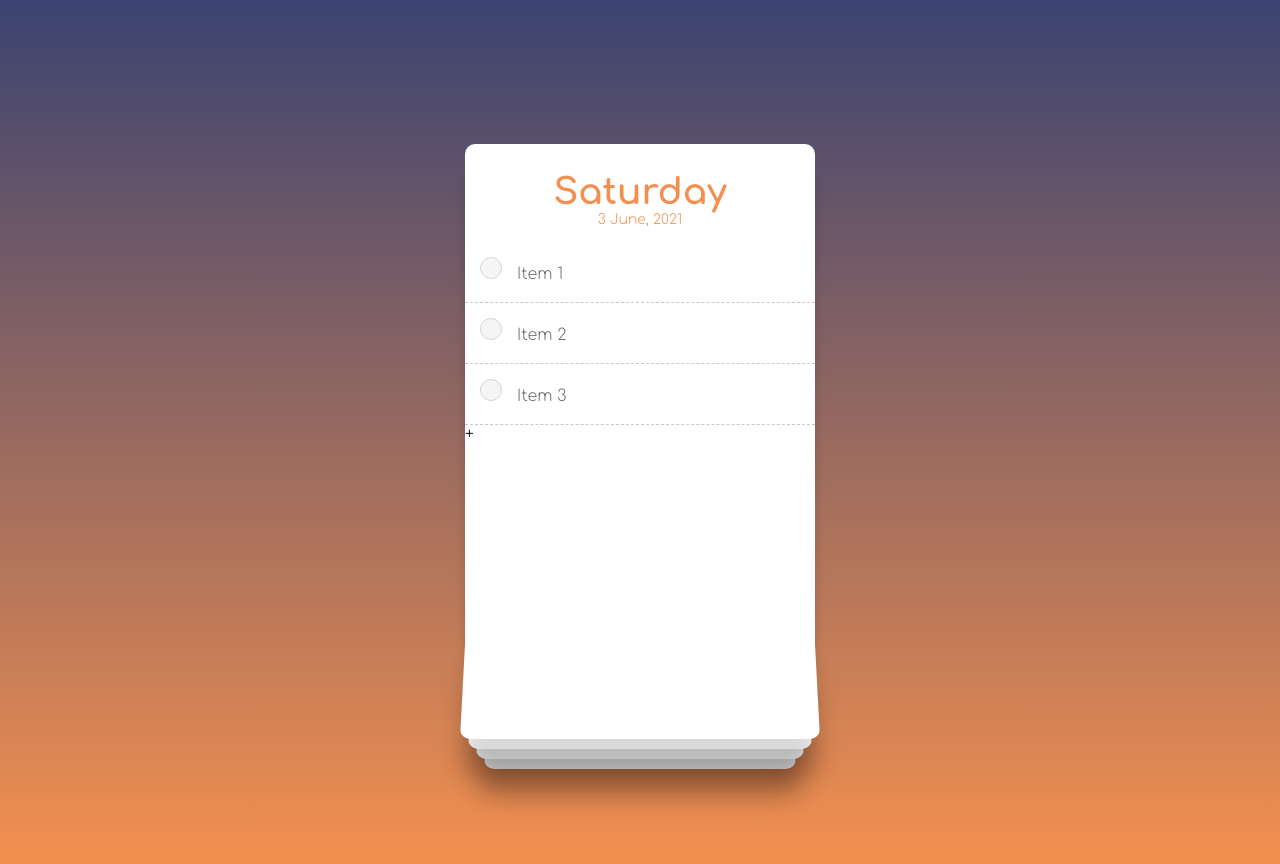
Repository: Colo-Codes/mini-projects
Page: todo-app/index.html
The author's editor kept a copy of each file at every save. The page is drawn from the files as they stood at one save, then again after the next save.
The browser window is 1280 px wide. The pictures show the whole page.

Above is the page before, as saved 2021-07-04 12:12:49.

### todo-app/index.html
<!DOCTYPE html>
<html lang="en">
    <head>
        <meta charset="UTF-8" />
        <meta http-equiv="X-UA-Compatible" content="IE=edge" />
        <meta name="viewport" content="width=device-width, initial-scale=1.0" />
        <link rel="stylesheet" href="./css/index.css" />
        <title>Mini-Project - ToDo app</title>
    </head>
    <body>
        <div class="changing-background">
            <main class="todo">
                <section id="todo--header">
                    <header>Saturday</header>
                    <p>3 June, 2021</p>
                </section>
                <section id="todo--tasks-list">
                    <ul>
                        <li class="todo--tasks-list--item">
                            <span
                                class="todo--tasks-list--item--checkbox"
                            ></span
                            >Item 1
                        </li>
                        <li class="todo--tasks-list--item">
                            <span
                                class="todo--tasks-list--item--checkbox"
                            ></span
                            >Item 2
                        </li>
                        <li class="todo--tasks-list--item">
                            <span
                                class="todo--tasks-list--item--checkbox"
                            ></span
                            >Item 3
                        </li>
                    </ul>
                </section>
                <section id="todo--footer">
                    <p>+</p>
                </section>
            </main>
            <div id="sheet-1-3d"></div>
            <div id="sheet-2-3d"></div>
            <div id="sheet-3-3d"></div>
            <div id="sheet-4-3d"></div>
        </div>
    </body>
</html>

### todo-app/css/index.css
@import url('https://fonts.googleapis.com/css2?family=Comfortaa:wght@300;700&display=swap');

/* SECTION Initial reset */

html {
    box-sizing: border-box;
    font-size: 16px;
}

*,
*:before,
*:after {
    box-sizing: inherit;
    margin: 0;
    padding: 0;
    /*outline: 1px dashed blue; /* Debugging purposes */
}

/* SECTION Background */

body {
    font-family: 'Comfortaa', cursive;
    background: #f3904f; /* fallback for old browsers */
    background: -webkit-linear-gradient(
        to bottom,
        #3b4371,
        #f3904f
    ); /* Chrome 10-25, Safari 5.1-6 */
    background: linear-gradient(
        to bottom,
        #3b4371,
        #f3904f
    ); /* W3C, IE 10+/ Edge, Firefox 16+, Chrome 26+, Opera 12+, Safari 7+ */
    background-repeat: no-repeat;
    background-size: cover;
    height: 100vh;
}

/* SECTION ToDo container */

.todo {
    margin: auto;
    margin-top: 20vh;
    width: 350px;
    height: 500px;
    background-color: white;
    border-radius: 10px 10px 0 0;
    box-shadow: 0px 30px 12px rgba(0, 0, 0, 0.15);
}

/* ToDo shapes and shadows */

div [id^='sheet-'] {
    margin: auto;
    border-radius: 0 0 10px 10px;
    -webkit-filter: drop-shadow(0px 30px 12px rgba(0, 0, 0, 0.15));
    filter: drop-shadow(0px 30px 12px rgba(0, 0, 0, 0.15));
    -ms-filter: "progid:DXImageTransform.Microsoft.Dropshadow(OffX=0, OffY=30, Color='#444')";
    filter: "progid:DXImageTransform.Microsoft.Dropshadow(OffX=0, OffY=30, Color='#444')";
    /* trapezoidal shape */
    border-bottom: 95px solid white;
    border-left: 5px solid transparent;
    border-right: 5px solid transparent;
}
#sheet-1-3d {
    width: 360px;
    height: 95px;
    margin: auto;
    border-radius: 0 0 10px 10px;
    position: relative;
    z-index: 1;
}
#sheet-2-3d {
    width: 344px;
    height: 95px;
    margin: auto;
    margin-top: -85px;
    border-radius: 0 0 10px 10px;
    position: relative;
    z-index: -1;
}
#sheet-3-3d {
    width: 328px;
    height: 95px;
    margin: auto;
    margin-top: -85px;
    border-radius: 0 0 10px 10px;
    position: relative;
    z-index: -2;
}
#sheet-4-3d {
    width: 312px;
    height: 95px;
    margin: auto;
    margin-top: -85px;
    border-radius: 0 0 10px 10px;
    position: relative;
    z-index: -3;
}

/* SECTION ToDo header */

#todo--header header {
    padding-top: 1.75rem;
    font-size: 2.25rem;
    font-weight: 700;
    text-align: center;
    color: #f3904f;
}

#todo--header p {
    font-size: 0.875rem;
    text-align: center;
    color: #f3904f;
}

/* SECTION ToDo list of tasks */

#todo--tasks-list {
    margin-top: 1.875rem;
}

.todo--tasks-list--item {
    font-size: 1rem;
    color: #6d6d6d;
    height: 46px;
    border-bottom: 1px dashed #c9c9c9;
    margin: auto 0;
    list-style: none;
    margin-top: 15px;
}

.todo--tasks-list--item--checkbox {
    display: inline-block;
    width: 22px;
    height: 22px;
    background-color: #f5f5f5;
    border: 1px solid #d5d5d5;
    border-radius: 50%;
    margin: auto 15px auto 15px;
}

After the next save:
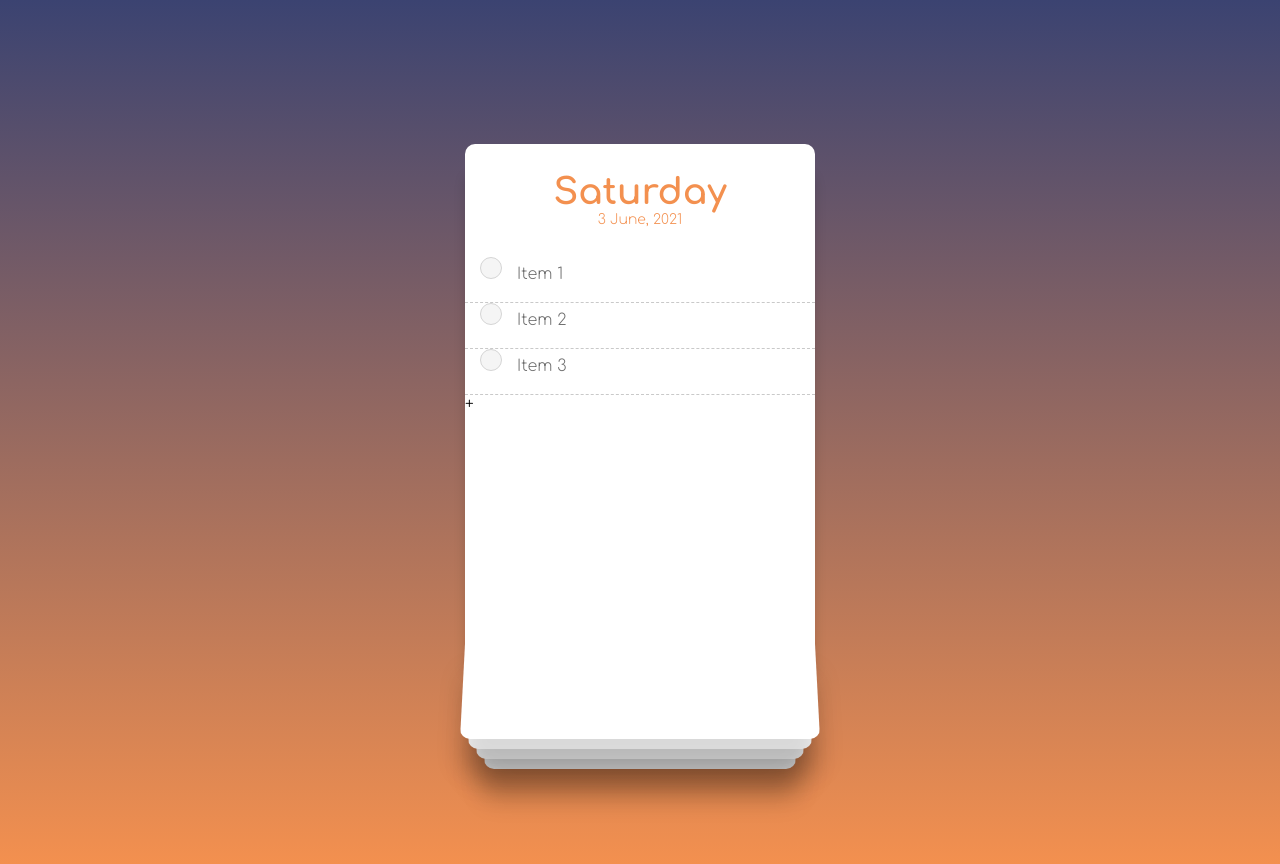
Saved 4 s later.
--- a/todo-app/css/index.css
+++ b/todo-app/css/index.css
@@ -127,7 +127,7 @@ div [id^='sheet-'] {
     border-bottom: 1px dashed #c9c9c9;
     margin: auto 0;
     list-style: none;
-    margin-top: 15px;
+    /* margin-top: 15px; */
 }
 
 .todo--tasks-list--item--checkbox {
